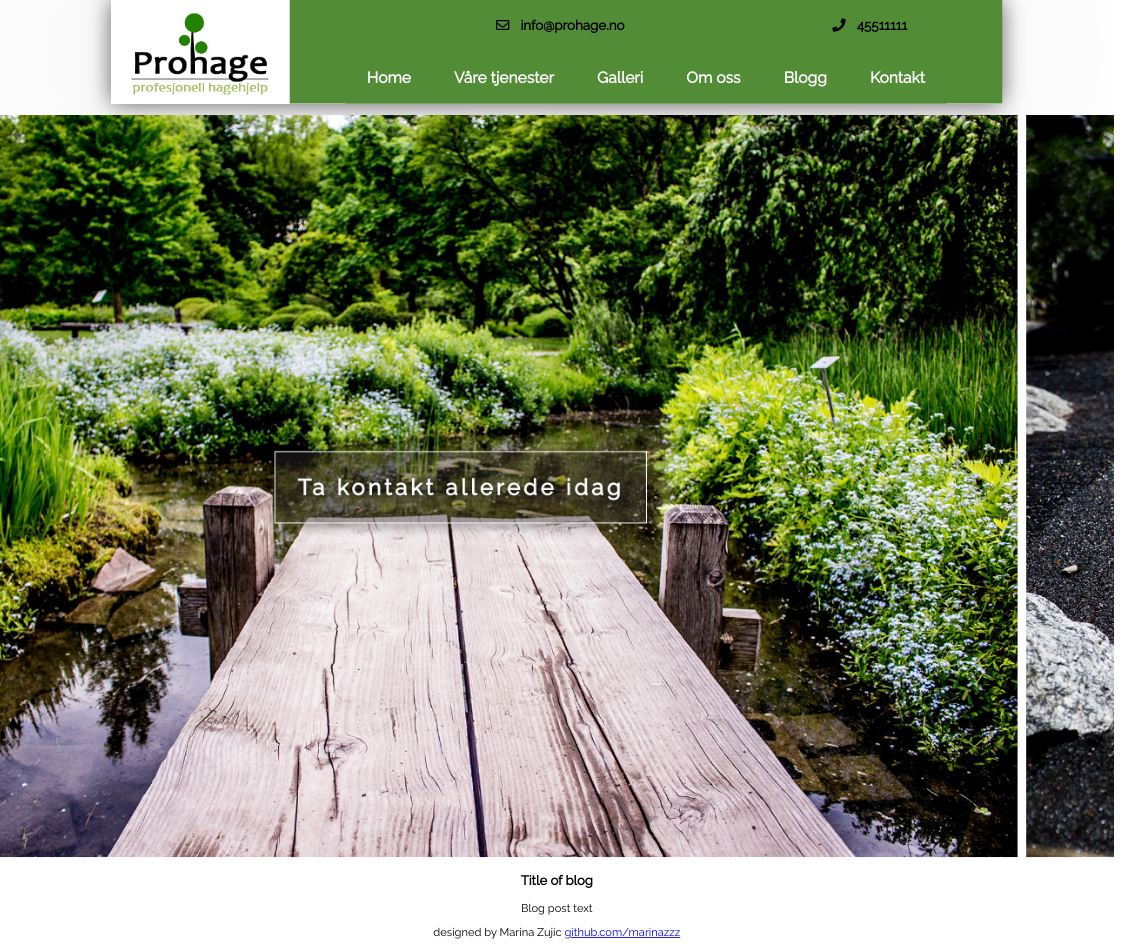
Repository: marinazzz/garden-design-website
Page: index.html
These files come from the project's save history. The page is drawn as it stood at one moment and after the next save; the edit follows.
The browser window is 1280 px wide. The page is 1280 px wide, then 1299 px, so the pictures cover 1299 px, including what lies to the right of the window. The pictures show the whole page, at 87% of full size.

Above is the page before, as saved 2020-03-31 08:25:53.

### index.html
<!DOCTYPE html>
<html lang="nb">
<head>
    <title>Hagedesign Oslo</title>
    <link rel="stylesheet" type="text/css" href="CSS/fontawesome-free-5.12.1-web/css/all.min.css">
    <link rel="stylesheet" type="text/css" href="CSS/style.css"/>
    <link rel="stylesheet" type="text/css" href="CSS/min-width-768px.css">
    <link rel="stylesheet" type="text/css" href="CSS/min-width-992px.css">
    <link rel="stylesheet" href="https://cdnjs.cloudflare.com/ajax/libs/animate.css/3.7.2/animate.min.css">
    <link rel="stylesheet" type="text/css" href="PLUGINS/glide-master/dist/css/glide.core.min.css" />
    <link rel="stylesheet" type="text/css" href="PLUGINS/glide-master/dist/css/glide.theme.min.css" />
    <link href="https://fonts.googleapis.com/css?family=Raleway&display=swap" rel="stylesheet">
    <meta name="viewport" content="width=device-width, initial-scale=1" charset="UTF-8">
</head>
<body>
    <header class="header--white-green">
        <div class="wrapper">
        <div class="container__menu--small container__menu container--max-width"> <!--grid container-->
            <div class="container__logo"> <!--1.column-->
                <img class="logo"src="images/prohage black.png" alt="Prohage logo">
            </div>
            <div class="container__items--small container__items"> <!--2.column-->
                <div class="container__item"> <!--1.row-->
                     <a href="mailto:info@prohage.no"
                         class ="container__item-txt"><i class="far fa-envelope"></i>info@prohage.no</a>
                     <a href="tlf:45511111"
                         class="container__item-txt"><i class="fas fa-phone"></i>45511111</a>
                </div>
               <div class="container__item-bottom"> <!--2.row-->
                   <button class="menu__toggle">
                       <i class="fas fa-bars"></i>
                   </button>
                   <nav id="menu">
                        <ul class="menu__list">
                            <li class="menu__item">
                                <a class="menu__link" href="home">Home</a>
                            </li>
                            <li class="menu__item">
                                <a class="menu__link" href="#services">Våre tjenester</a>
                            </li>
                            <li class="menu__item">
                                <a class="menu__link" href="#gallery">Galleri</a>
                            </li>
                            <li class="menu__item">
                                <a class="menu__link" href="#about">Om oss</a>
                            </li>
                            <li class="menu__item">
                                <a class="menu__link" href="#blog">Blogg</a>
                            </li>
                            <li class="menu__item">
                                <a class="menu__link" href="kontakt">Kontakt</a>
                            </li>
                       </ul>
                   </nav>
               </div>
            </div>
            </div>
        </div>
        <section id="main-photo">
            <div class="glide">
                <div class="glide__track"
                     data-glide-el="track">
                    <ul class="glide__slides">
                        <li class="glide__slide">
                            <img class="main-photo__item"
                                 srcset="images/daylight-environment-garden-2000.jpg 2000w,
                                         images/daylight-environment-garden-1000.jpg 1000w"
                                 sizes="(min-width: 1440px) 2000px, 100vw"
                                 src="images/daylight-environment-garden-2000.jpg" alt="Garden and plants" />
                                 <h1 class="main-photo__title">Profesjonell hagehjelp</h1>
                        </li>
                        <li class="glide__slide">
                            <img class="main-photo__item"
                                 srcset="images/main-header-photo-2000.jpg 2000w,
                                          images/main-header-photo-1000.jpg 1000w"
                                 sizes="(min-width: 1440px) 2000px, 100vw"
                                 src="images/main-header-photo-2000.jpg" alt="Garden and plants" />
                                 <h1 class="main-photo__title">Ta kontakt allerede idag</h1>
                                </li>
                        <li class="glide__slide">
                            <img class="main-photo__item"
                                 srcset="images/header-photo-2000.jpg 2000w,
                                         images/header-photo-1000.jpg 1000w"
                                 sizes="(min-width: 1440px) 2000px, 100vw"
                                 src="images/header-photo-2000.jpg" alt="Garden designed by proffesional" />
                                 <h1 class="main-photo__title">Rådgiving og tipser</h1>
                        </li>
                        <li class="glide__slide">
                            <img class="main-photo__item"
                                 srcset="images/bloom-blooming-blur-2000.jpg 2000w,
                                         images/bloom-blooming-blur-1000.jpg 1000w"
                                 sizes="(min-width: 1440px) 2000px, 100vw"
                                 src="images/bloom-blooming-blur-2000.jpg" alt="Garden designed by proffesional" />
                                 <h1 class="main-photo__title">Følg vår hageblogg</h1>
                        </li>
                    </ul>
                </div>
                <!--<div class="glide__arrows"
                         data-glide-el="controls">
                        <button class="glide__arrow glide__arrow--left"
                                data-glide-dir="<">
                            <i class="fas fa-chevron-circle-left"></i>
                        </button>
                        <button class="glide__arrow glide__arrow--right"
                                data-glide-dir=">">
                            <i class="fas fa-chevron-circle-right"></i>
                        </button>
                    </div>-->
            </div>

            <!--<img class="main-photo__item1"
                 srcset="images/architecture-clouds-daylight-2000.jpg 2000w,
                         images/architecture-clouds-daylight-1000.jpg 1000w"
                 sizes="(min-width: 1440px) 2000px, 100vw"
                 src="images/architecture-clouds-daylight-2000.jpg" alt="Garden">
            <img class="main-photo__item2"
                 srcset="images/header-photo-2000.jpg 2000w,
                         images/header-photo-1000.jpg 1000w"
                 sizes="(min-width: 1440px) 2000px, 100vw"
                 src="images/header-photo-2000.jpg" alt="Garden designed by proffesional" >
            <img class="main-photo__item3"
                 srcset="images/main-header-photo-2000.jpg 2000w,
                         images/main-header-photo-1000.jpg 1000w"
                 sizes="(min-width: 1440px) 2000px, 100vw"
                 src="images/main-header-photo-2000.jpg" alt="Garden and plants" >
            <h1 class="main-photo__title">Profesjonell hagehjelp</h1>-->
        </section>
     </header>
     <main>
         <section id="services">

         </section>
         <section id="gallery">

        </section>
         <article id="blog-posts">
             <h3>Title of blog</h2>
             <p>Blog post text</p>
         </article>
         <section id="about oss">

        </section>
     </main>
     <footer>
	     <p>designed by Marina Zujic
		     <a href="https://github.com/marinazzz">github.com/marinazzz</a>
	     </p>
     </footer>
     <script src="PLUGINS/glide-master/dist/glide.min.js"></script>
     <script>
        new Glide('.glide', {
            type: 'carousel',
            autoplay: true,
            hoverpause: false,
            perView: 1,
            direction: 'rtl',
            animationDuration: 10000
        }).mount()
      </script>
     <script src="JS/js-app.js"></script>
</body>
</html>

### CSS/style.css
html {
  font-size: 62.5%;
}

body {
  margin: 0;
  padding: 0;
  text-align: center;
  box-sizing: border-box;
  font-family: 'Raleway', sans-serif;
}

       /*__ HEADER__ */

/*color styles*/
.header--white-green {
  --header-bg-color: #528C36;
  --header-link-color: black;
  --header-menu-link: #fff;
  --header-toggle-color: #528C36;
}

/*main style*/
.container__menu--small {
  display: flex;
  justify-content: space-around;
  box-shadow: 0 0 2rem 0 rgba(0, 0, 0, 0.24), 0 0 30rem 0 rgba(0, 0, 0, 0.2);
}

.logo {
  max-height: 8rem;
  background: white;
}

.container__items--small {
  display: grid;
  grid-template-rows: 1fr 1fr;
  align-content: flex-end;
  width: 250px;
}

.container__item {
  align-self: center;
}

.container__item,
.container__item-bottom {
  text-align: end;
}

.container__item-txt {
  color: var(--header-link-color);
  text-decoration: none;
  font-size: 1.2rem;
}

.container__item > a:first-of-type {
  padding-right: 1.6rem;
}

.container__item-bottom > nav {
  text-align: center;
}

.menu__toggle {
  color: var(--header-bg-color);
  box-sizing: border-box;
  border: none;
  background-color: transparent;
  outline: none;
  font-size: 3rem;
  line-height: 0;
  padding: 0.5rem;
  color: var(--header-toggle-color);
  position: relative;
  z-index: 100;
}

.fa-phone,
.fa-envelope {
  margin-right: 1rem;
}


/* MENU */

#menu {
  display: none;
  position: absolute;
  top: auto;
  left: 0;
  width: 100%;
  padding-top: 1rem;
  background-color: var(--header-bg-color);
  z-index: 20;
}

.menu__list {
  padding: 0;
  margin: 0;
  display: flex;
  flex-direction: column;
}

.menu__item {
  display: block;
  margin-bottom: 1rem;
}

.menu__link {
  color: var(--header-menu-link);
  text-decoration: none;
  font-size: 1.4rem;
}

#menu.menu-opened {
  display: block;
}


/*FOR SMALL DEVICES*/

@media screen and (max-width: 420px) {

  .logo {
    max-height: 7rem;
  }

  .container__items--small {
    width: auto;
    align-self: center;
  }

  .container__item > a:first-of-type {
    padding-right: 1.3rem;
  }

  .container__item {
    text-align: center;
  }

  .fa-phone, .fa-envelope {
    margin-right: 0.3rem;
  }
}

/* MAIN PICTURE */

#main-photo {
  width: 100%;
  padding-top: 1rem;
}

.main-photo__title {
  position: absolute;
  color: white;
  background-color:#524a4a3b;
  border: 0.1rem solid white;
  filter: drop-shadow(2px 4px 6px black);
  padding: 2rem;
  margin: 0 auto;
  font-size: 1.5rem;
  letter-spacing: 0.2rem;
  top: 50%;
  left: 50%;
  transform: translate(-50%, -50%);
}



/* GLIDE SLIDER CSS OVERRIDES */

.glide__slides {
  margin: 0;
}

.glide__slide {
  position: relative;
}

/*#main-photo .glide__arrow  {
  font-size: 4rem;
  padding: 0;
  border-color: transparent;
  box-shadow: none;
  border-radius: 50%;
  line-height: 0;
  transition: all 200ms ease-in-out;
}

#main-photo .glide__arrow:hover {
  border-color: #252525;
  color: #252525;
}*/



/*#main-photo {
  position: relative;
}

.main-photo__item {
   width: 100%;
}

.main-photo__title {
  position: absolute;
  bottom: 1rem;
  left: 20rem;
  font-size: 2rem;
}*/



/*1. COLOR OPTION*/
/* CSS variables*/
/* :root {
  --header-bg-color: #4daa57;
  --header-top-bg-color: #252525;
  --header-toggle-color: #fff;
}*/

/*.top-header__item {
  color: var(--header-link-color);
  text-decoration: none;
  font-size: 1.4rem;
}*/


/*------MAIN----------*/

### CSS/min-width-768px.css
@media screen and (min-width: 768px) {

  html {
    font-size: 70%;
  }

   /* HEADER */


   .container__menu,
   .container__items {
    display: grid;
   }

   .container__menu {
    grid-template-columns: 2fr 80%;
    box-shadow: 0 0 2rem 0 rgba(0, 0, 0, 0.62), 0 0 30rem 0 rgba(0, 0, 0, 0.19);
  }

  .container__items {
    grid-template-rows: 1fr 1fr;
    background: var(--header-bg-color);
    width: auto;
  }

  .container__item,
  .container__item-bottom {
    display: flex;
  }

  .container__item {
    align-self: center;
    justify-content: space-around;
    /*padding-left: 23rem;*/
  }

  .container__item-bottom {
    align-items: center;
  }

  .menu__toggle {
    display: none;
  }

  /* NAVIGATION */

  #menu,
  .menu-opened .menu__item .menu__link {
    display: block;
  }

  #menu {
    position: static;
    padding: 0;
    top: 0;
  }

  #menu,
  .menu_list {
    height: 100%;
  }

  .menu__list {
    height: 100%;
    flex-direction: row;
    justify-content: center;
    align-items: center;
  }

  .menu__item {
    height: 100%;
    display: block;
    flex-grow: 1;
    margin: 0;
    line-height: 4.5rem;
  }

  .menu__item:hover {
    background-color:#272727;
  }

  .menu__link:active {
    color:black;
  }

  .menu__link,
  .container__item-txt {
    font-weight: bold;
  }

  /* color styles */

  :root {
    /*header*/
    --header-bg-color:#528C36;
    --link-color: #FCFDF9;
  }

  /* MAIN PHOTO */

  .main-photo__title {
    font-size: 2rem;
    letter-spacing: 0.3rem;
}

}

### CSS/min-width-992px.css
@media screen and (min-width: 992px) {
    html {
        font-size: 80%;
    }

    /*.container--max-width {
        max-width: 1012px;
        margin: auto;
        padding: 0 10rem 0 10rem;
    }*/

    .wrapper {
        padding: 0 10rem 0 10rem;
    }

   /* HEADER */

    .logo {
        max-height: 9rem;
    }

    .container__item {
        padding-left: 10rem;
    }

    .container__item-bottom {
        padding: 0 5rem;
    }
}

@media screen and (min-width: 1440px) {

    /* HEADER */

    .container__item {
        padding-left: 22rem;
    }

    /* MAIN PHOTO */

    .main-photo__title {
        font-size: 3rem;
        letter-spacing: 0.5rem;
    }
}

@media screen and (min-width: 2560px) {

    .logo {
        max-height: 12rem;
    }

    .container__item {
        justify-self: center;
    }

    .container__item > a:first-of-type {
        padding: 0 13rem;
    }

    .container__item-bottom {
        padding: 0 40rem;
    }

    /*content on middle*/

    .container__menu {
        max-width: 2000px;
        margin: 0 auto;
    }

    .container__items {
        width: auto;
    }

    .container__item-bottom,
    .container__items {
        padding: 0;
    }

    #menu,
    .container__item {
        padding-left: 50rem;
    }
}

Loaded but not shown: CSS/fontawesome-free-5.12.1-web/css/all.min.css (library); PLUGINS/glide-master/dist/css/glide.core.min.css (common file); PLUGINS/glide-master/dist/css/glide.theme.min.css (common file); PLUGINS/glide-master/dist/glide.min.js (library); JS/js-app.js (no copy from this time; the picture is the same without it)

After the next save:
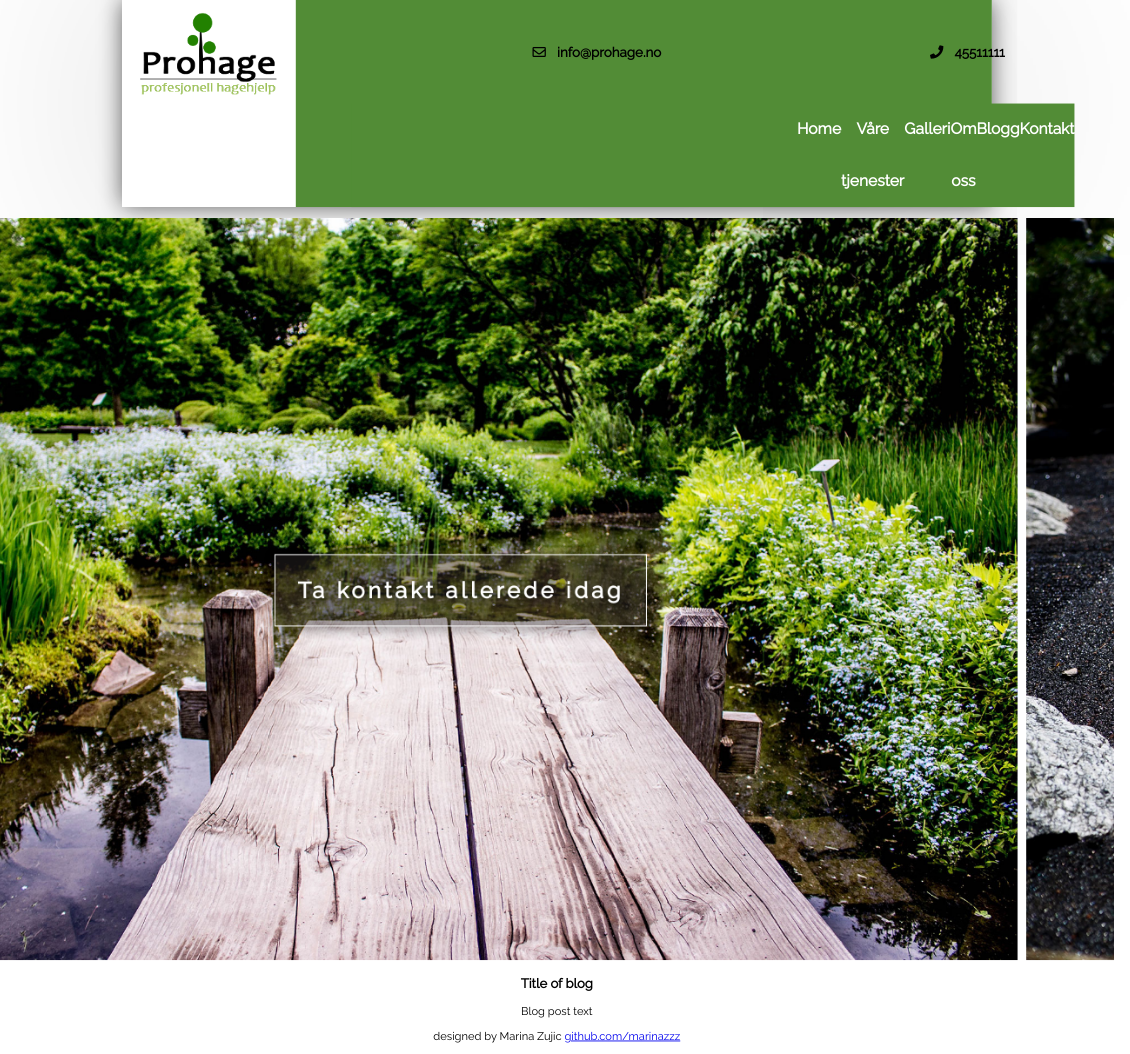
Saved 5 min 46 s later.
--- a/CSS/min-width-992px.css
+++ b/CSS/min-width-992px.css
@@ -9,8 +9,23 @@
         padding: 0 10rem 0 10rem;
     }*/
 
-    .wrapper {
-        padding: 0 10rem 0 10rem;
+    .container__menu {
+        max-width: 1000px;
+        margin: 0 auto;
+    }
+
+    .container__items {
+        width: auto;
+    }
+
+    .container__item-bottom,
+    .container__items {
+        padding: 0;
+    }
+
+    #menu,
+    .container__item {
+        padding-left: 40rem;
     }
 
    /* HEADER */
